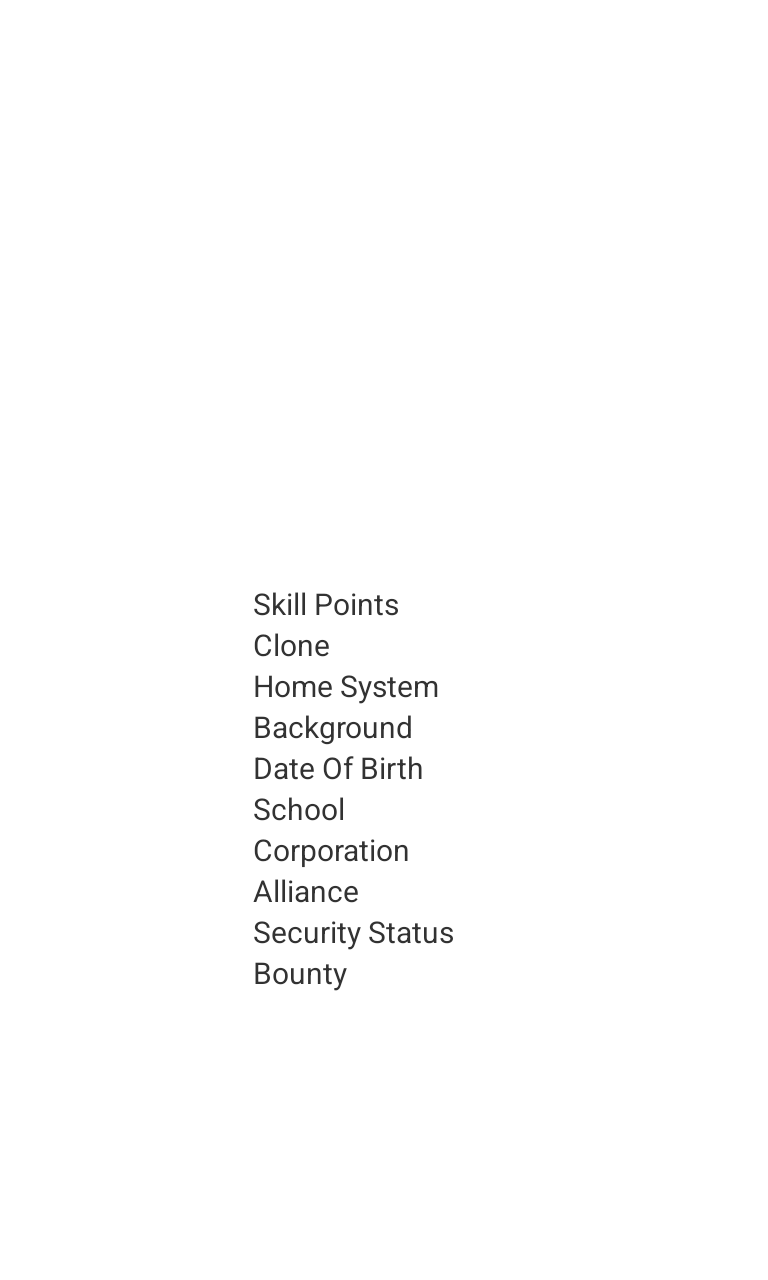
Repository: w9jds/Android-EveProfiler
Layout: EveProfiler/res/layout/fragment_main_dummy.xml
An editor plug-in stored every save of this project. The layout is shown before and after the next save, followed by the edit.
It is drawn on a 768 x 1280 px phone screen (xhdpi) without system bars, with theme AppTheme; the app's code is not run.

Above is the layout before, as saved 2013-05-13 01:32:45.

### EveProfiler/res/layout/fragment_main_dummy.xml
<RelativeLayout xmlns:android="http://schemas.android.com/apk/res/android"
    xmlns:tools="http://schemas.android.com/tools"
    android:layout_width="match_parent"
    android:layout_height="match_parent"
    android:paddingBottom="@dimen/activity_vertical_margin"
    android:paddingLeft="@dimen/activity_horizontal_margin"
    android:paddingRight="@dimen/activity_horizontal_margin"
    android:paddingTop="@dimen/activity_vertical_margin"
    tools:context=".MainActivity$DummySectionFragment"
    android:background="@drawable/13_2500">

    <GridLayout
        android:id="@+id/MainGrid"
        android:layout_width="fill_parent"
        android:layout_height="fill_parent"
        android:layout_centerVertical="true"
        android:columnCount="2"
        android:rowCount="2"
        tools:targetApi="14"
        android:orientation="vertical">

        <ImageView
            android:id="@+id/CapsuleerPortrait"
            android:layout_width="128dp"
            android:layout_height="128dp"
            android:layout_columnSpan="2"
            android:layout_gravity="center"
            android:layout_marginBottom="10dp"
            android:layout_marginTop="10dp"
            android:layout_row="0" />

		<GridLayout
		    android:id="@+id/StatsGrid"
		    android:layout_row="1"
		    android:layout_columnSpan="2"
		    android:columnCount="2"
		    android:rowCount="12"
		    tools:targetApi="14"
		    android:layout_gravity="center">

			<TextView
	            android:id="@+id/SkillPointsLabel"
	            android:layout_gravity="left"
	            android:layout_row="0"
	            android:layout_column="0"
	            android:textSize="15sp"
	            android:text="@string/SkillPointsString"/>

			<TextView
			    android:id="@+id/CloneLabel"
			    android:layout_gravity="left"
			    android:layout_row="1"
			    android:layout_column="0"
			    android:textSize="15sp"
			    android:text="@string/CloneString"/>

			<TextView
			    android:id="@+id/HomeSystemLabel"
			    android:layout_gravity="left"
			    android:layout_row="2"
			    android:layout_column="0"
			    android:textSize="15sp"
			    android:text="@string/HomeSystemString"/>

			<TextView
			    android:id="@+id/BackgroundLabel"
			    android:layout_gravity="left"
			    android:layout_row="3"
			    android:layout_column="0"
	        	android:textSize="15sp"
	        	android:text="@string/BackgroundString"/>

			<TextView
			    android:id="@+id/DateOBirthLabel"
			    android:layout_gravity="left"
			    android:layout_row="4"
			    android:layout_column="0"
			    android:textSize="15sp"
			    android:text="@string/DateOBirthString"/>

			<TextView
			    android:id="@+id/SchoolLabel"
			    android:layout_gravity="left"
			    android:layout_row="5"
			    android:layout_column="0"
			    android:textSize="15sp"
			    android:text="@string/SchoolString"/>

			<TextView
			    android:id="@+id/CorporationLabel"
	        	android:layout_gravity="left"
	        	android:layout_row="6"
	        	android:layout_column="0"
	        	android:textSize="15sp"
	        	android:text="@string/CorporationString"/>

			<TextView
			    android:id="@+id/AllianceLabel"
			    android:layout_gravity="left"
			    android:layout_row="7"
			    android:layout_column="0"
			    android:textSize="15sp"
			    android:text="@string/AllianceString"/>

			<TextView
			    android:id="@+id/SecurityStatusLabel"
			    android:layout_column="0"
			    android:layout_gravity="left"
			    android:layout_marginRight="15dp"
			    android:layout_row="8"
			    android:text="@string/SecurityStatusString"
			    android:textSize="15sp" />

			<TextView
			    android:id="@+id/BountyLabel"
			    android:layout_gravity="left"
			    android:layout_row="9"
			    android:layout_column="0"
			    android:textSize="15sp"
			    android:text="@string/BountyString"/>

			<TextView
	            android:id="@+id/SkillPoints"
	            android:layout_gravity="left"
	            android:layout_row="0"
	            android:layout_column="1"
	            android:textSize="15sp"/>

			<TextView
			    android:id="@+id/Clone"
			    android:layout_gravity="left"
			    android:layout_row="1"
			    android:layout_column="1"
			    android:textSize="15sp"/>

			<TextView
			    android:id="@+id/HomeSystem"
			    android:layout_gravity="left"
			    android:layout_row="2"
			    android:layout_column="1"
			    android:textSize="15sp"/>

			<TextView
			    android:id="@+id/Background"
			    android:layout_gravity="left"
			    android:layout_row="3"
			    android:layout_column="1"
	        	android:textSize="15sp"/>

			<TextView
			    android:id="@+id/DateOBirth"
			    android:layout_gravity="left"
			    android:layout_row="4"
			    android:layout_column="1"
			    android:textSize="15sp"/>

			<TextView
			    android:id="@+id/School"
			    android:layout_gravity="left"
			    android:layout_row="5"
			    android:layout_column="1"
			    android:textSize="15sp"/>

			<TextView
			    android:id="@+id/Corporation"
	        	android:layout_gravity="left"
	        	android:layout_row="6"
	        	android:layout_column="1"
	        	android:textSize="15sp"/>

			<TextView
			    android:id="@+id/Alliance"
			    android:layout_gravity="left"
			    android:layout_row="7"
			    android:layout_column="1"
			    android:textSize="15sp"/>

			<TextView
			    android:id="@+id/SecurityStatus"
			    android:layout_column="1"
			    android:layout_gravity="left"
			    android:layout_marginRight="15dp"
			    android:layout_row="8"
			    android:textSize="15sp" />

			<TextView
			    android:id="@+id/Bounty"
			    android:layout_gravity="left"
			    android:layout_row="9"
			    android:layout_column="1"
			    android:textSize="15sp"/>



		</GridLayout>
    </GridLayout>
</RelativeLayout>

### EveProfiler/res/values/strings.xml
<?xml version="1.0" encoding="utf-8"?>
<resources>

    <string name="title_activity_settings">Settings</string>
    <string name="pref_header_general">General</string>
    <string name="pref_title_keyid">Key ID</string>
    <string name="pref_keyid">1996957</string>
    <string name="pref_title_vCode">Verification Code</string>
    <string name="pref_vCode">I6YLp1vVB0KYAir2B3Z4mDIPtZrFHlpeysYYSaxGkjV4rO820NpTOBustmNsoEA4</string>
    <string name="pref_title_drawerSize">Use Small Drawer</string>

    <string name="app_name">Top Hat</string>
    <string name="action_settings">Settings</string>

    <string name="Api_Uri">https://api.eveonline.com</string>
    <string name="Account_Status">/account/AccountStatus.xml.aspx</string>
    <string name="API_Key_Info">/account/APIKeyInfo.xml.aspx</string>
    <string name="List_Characters">/account/Characters.xml.aspx</string>
    <string name="Account_Balance">/char/AccountBalance.xml.aspx</string>
    <string name="Asset_List">/char/AssetList.xml.aspx</string>
    <string name="Cal_Event_Attendees">/char/CalendarEventAttendees.xml.aspx</string>
    <string name="Character_Sheet">/char/CharacterSheet.xml.aspx</string>
    <string name="Contact_List">/char/ContactList.xml.aspx</string>
    <string name="Contact_Notif">/char/ContactNotifications.xml.aspx</string>
    <string name="Contacts">/char/Contracts.xml.aspx</string>
    <string name="ContractItems">/char/ContractItems.xml.aspx</string>
    <string name="ContractBids">/char/ContractBids.xml.aspx</string>
    <string name="Factional_Warfare_Stats">/char/FacWarStats.xml.aspx</string>
    <string name="Industry_Jobs">/char/IndustryJobs.xml.aspx</string>
    <string name="KillMails">/char/Killlog.xml.aspx</string>
    <string name="Locations">/char/Locations.xml.aspx</string>
    <string name="Mail_Bodies">/char/MailBodies.xml.aspx</string>
    <string name="Mailing_Lists">/char/MailingLists.xml.aspx</string>
    <string name="MailMessHeaders">/char/MailMessages.xml.aspx</string>
    <string name="Market_Orders">/char/MarketOrders.xml.aspx</string>
    <string name="Medals">/char/Medals.xml.aspx</string>
    <string name="Notifications">/char/Notifications.xml.aspx</string>
    <string name="Notification_Text">/char/NotificationTexts.xml.aspx</string>
    <string name="Research">/char/Research.xml.aspx</string>
    <string name="Skill_in_Training">/char/SkillInTraining.xml.aspx</string>
    <string name="Skill_Queue">/char/SkillQueue.xml.aspx</string>
    <string name="NPC_Standings">/char/Standings.xml.aspx</string>
    <string name="Upcoming_Cal_Events">/char/UpcomingCalendarEvents.xml.aspx</string>
    <string name="Wallet_Journal">/char/WalletJournal.xml.aspx</string>
    <string name="Wallet_Transactions">/char/WalletTransactions.xml.aspx</string>

    <string name="Character_Portrait">http://image.eveonline.com/Character/</string>
    <string name="Corp_Logo">http://image.eveonline.com/Corporation/</string>
    <string name="Alliance_Logo">http://image.eveonline.com/Alliance/</string>
    <string name="Type_Icon">http://image.eveonline.com/InventoryType/</string>
    <string name="Render">http://image.eveonline.com/Render/</string>

    <string name="SkillPointsString">Skill Points</string>
    <string name="CloneString">Clone</string>
	<string name="HomeSystemString">Home System</string>
    <string name="BackgroundString">Background</string>
    <string name="DateOBirthString">Date Of Birth</string>
    <string name="SchoolString">School</string>
    <string name="CorporationString">Corporation</string>
    <string name="AllianceString">Alliance</string>
    <string name="SecurityStatusString">Security Status</string>
    <string name="BountyString">Bounty</string>

    <color name="white">#FFFFFF</color>
    <color name="grey">#333333</color>
    <color name="lightgrey">#424243</color>



</resources>

Loaded but not shown: EveProfiler/res/values/styles.xml (common file); EveProfiler/res/values-v11/styles.xml (common file); EveProfiler/res/values-v14/styles.xml (common file); EveProfiler/res/values/dimens.xml (common file)

After the next save:
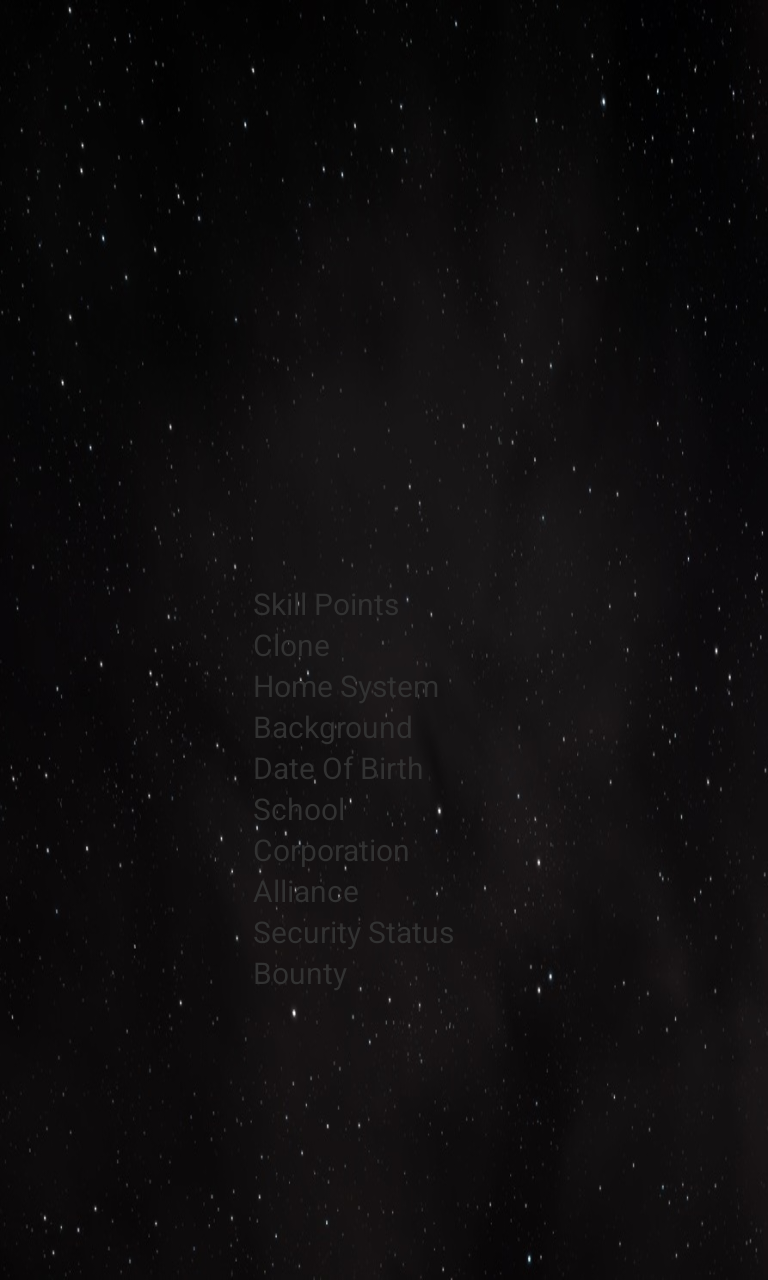
Saved 105 s later.
--- a/EveProfiler/res/layout/fragment_main_dummy.xml
+++ b/EveProfiler/res/layout/fragment_main_dummy.xml
@@ -7,7 +7,7 @@
     android:paddingRight="@dimen/activity_horizontal_margin"
     android:paddingTop="@dimen/activity_vertical_margin"
     tools:context=".MainActivity$DummySectionFragment"
-    android:background="@drawable/13_2500">
+    android:background="@drawable/backgroundtoon">
 
     <GridLayout
         android:id="@+id/MainGrid"
